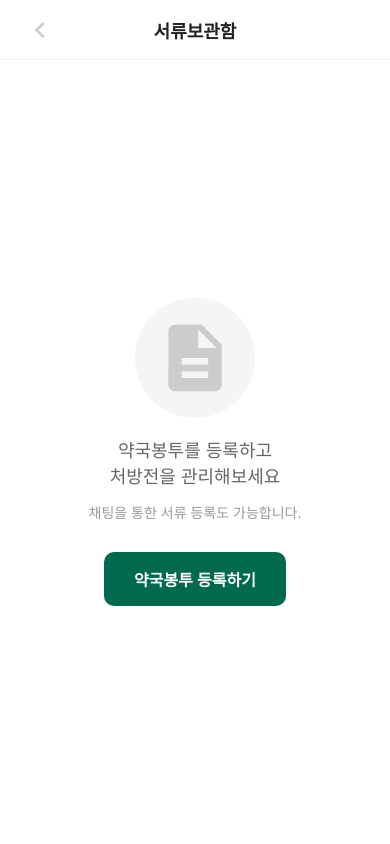
Repository: Sesac-icare/FrontEndiCare
Screen: /DocumentStorage (app in iCare/)
The author's editor kept a copy of each file at every save. The screen is drawn from the files as they stood at one save, then again after the next save.
The app was drawn by React Native's web renderer in a window 390 px wide. The project was rebuilt for these pictures with package versions that can differ from the ones it lists, and the page was loaded fresh each time. Some packages were replaced by stand-ins written for this rebuild. Also part of the build but not shown: iCare/components/Header.js, iCare/components/Contents.js, iCare/components/HospitalList.js, iCare/components/PharmacyList.js, iCare/components/MyPage.js, iCare/components/auth/SignUp.js.

Above is the screen before, as saved 2025-02-06 13:35:11.

### iCare/index.js
import { registerRootComponent } from "expo";

import App from "./App";

// registerRootComponent calls AppRegistry.registerComponent('main', () => App);
// It also ensures that whether you load the app in Expo Go or in a native build,
// the environment is set up appropriately
registerRootComponent(App);

// import { AppRegistry } from "react-native";
// import App from "./src/App";
// import { iCare } from "./app.json";

// import appConfig from "./app.json";

// const appName = appConfig.expo.name;

// AppRegistry.registerComponent(appName, () => App);

### iCare/App.js
import React, { useState, useEffect } from "react";
import { NavigationContainer } from "@react-navigation/native";
import { createNativeStackNavigator } from "@react-navigation/native-stack";
import { createBottomTabNavigator } from "@react-navigation/bottom-tabs";
import { View, StyleSheet, SafeAreaView, Text } from "react-native";
import { MaterialIcons } from "@expo/vector-icons";
import Header from "./components/Header";
import Contents from "./components/Contents";
import Splash from "./components/Splash";
import HospitalList from "./components/HospitalList";
import PharmacyList from "./components/PharmacyList";
import MyPage from "./components/MyPage";
import Login from "./components/auth/Login";
import SignUp from "./components/auth/SignUp";
import DocumentStorage from "./components/DocumentStorage";

const Stack = createNativeStackNavigator();
const Tab = createBottomTabNavigator();

// 임시 채팅, 마이페이지 컴포넌트
const ChatScreen = () => (
  <SafeAreaView style={styles.safe}>
    <View style={styles.container}>
      <Header />
      <View style={styles.center}>
        <Text>채팅 화면</Text>
      </View>
    </View>
  </SafeAreaView>
);

const HomeScreen = () => {
  return (
    <SafeAreaView style={styles.safe}>
      <View style={styles.container}>
        <Header />
        <Contents />
      </View>
    </SafeAreaView>
  );
};

// 탭 네비게이터
function TabNavigator() {
  return (
    <Tab.Navigator
      screenOptions={{
        headerShown: false,
        tabBarStyle: {
          height: 60,
          borderTopWidth: 1,
          borderTopColor: "#f0f0f0",
          paddingBottom: 20,
          paddingTop: 10,
          height: 80
        },
        tabBarActiveTintColor: "#016a4c",
        tabBarInactiveTintColor: "#CCCCCC",
        tabBarLabelStyle: {
          paddingBottom: 8,
          fontSize: 12,
          fontWeight: "500",
          marginTop: -4
        },
        tabBarIconStyle: {
          marginTop: -4
        }
      }}
    >
      <Tab.Screen
        name="홈"
        component={HomeScreen}
        options={{
          tabBarIcon: ({ color }) => (
            <MaterialIcons name="home" size={28} color={color} />
          )
        }}
      />
      <Tab.Screen
        name="채팅"
        component={ChatScreen}
        options={{
          tabBarIcon: ({ color }) => (
            <MaterialIcons name="forum" size={28} color={color} />
          )
        }}
      />
      <Tab.Screen
        name="마이페이지"
        component={MyPage}
        options={{
          tabBarIcon: ({ color }) => (
            <MaterialIcons name="person" size={28} color={color} />
          )
        }}
      />
    </Tab.Navigator>
  );
}

const App = () => {
  const [isLoading, setIsLoading] = useState(true);

  useEffect(() => {
    // 3초 후에 스플래시 화면 숨기기
    const timer = setTimeout(() => {
      setIsLoading(false);
    }, 3000);

    return () => clearTimeout(timer);
  }, []);

  if (isLoading) {
    return <Splash />;
  }

  return (
    <NavigationContainer>
      <Stack.Navigator screenOptions={{ headerShown: false }}>
        <Stack.Screen name="Login" component={Login} />
        <Stack.Screen name="SignUp" component={SignUp} />
        <Stack.Screen name="MainTabs" component={TabNavigator} />
        <Stack.Screen name="HospitalList" component={HospitalList} />
        <Stack.Screen name="PharmacyList" component={PharmacyList} />
        <Stack.Screen name="DocumentStorage" component={DocumentStorage} />
      </Stack.Navigator>
    </NavigationContainer>
  );
};

const styles = StyleSheet.create({
  safe: {
    flex: 1,
    backgroundColor: "#ffffff"
  },
  container: {
    flex: 1,
    backgroundColor: "#ffffff"
  },
  center: {
    flex: 1,
    justifyContent: "center",
    alignItems: "center"
  },
  button: {
    backgroundColor: "#f0f0f0",
    padding: 14,
    borderRadius: 9,
    marginBottom: 9,
    alignItems: "center"
  },
  buttonText: {
    fontSize: 18,
    color: "green",
    fontFamily: "NotoSansKR"
  }
});

export default App;

### iCare/components/Splash.js
import React from "react";
import { View, Text, StyleSheet, Image, Dimensions } from "react-native";

const { height } = Dimensions.get("window");

export default function Splash() {
  return (
    <View style={styles.container}>
      <View style={styles.logoContainer}>
        <Image
          source={require("../assets/iCareLogo.jpg")}
          style={styles.logo}
          resizeMode="contain"
        />
      </View>
      <View style={styles.footer}>
        <Text style={styles.title}>iCare</Text>
        <Text style={styles.subtitle}>
          아이를 위한 24시간 병원 및 약국 찾기
        </Text>
      </View>
    </View>
  );
}

const styles = StyleSheet.create({
  container: {
    flex: 1,
    backgroundColor: "#016a4c",
    justifyContent: "center"
  },
  logoContainer: {
    position: "absolute",
    top: "40%",
    left: 0,
    right: 0,
    alignItems: "center"
  },
  logo: {
    width: 200,
    height: 200
  },
  footer: {
    position: "absolute",
    bottom: 80,
    left: 0,
    right: 0,
    alignItems: "center"
  },
  title: {
    fontSize: 36,
    color: "#12b67a",
    marginBottom: 8,
    fontFamily: "NotoSansKR",
    fontWeight: "bold"
  },
  subtitle: {
    fontSize: 18,
    color: "white",
    opacity: 0.8,
    fontFamily: "NotoSansKR",
    fontWeight: "400"
  }
});

### iCare/components/auth/Login.js
import React, { useState } from "react";
import {
  View,
  Text,
  StyleSheet,
  TouchableOpacity,
  SafeAreaView,
  Image,
  TextInput,
  KeyboardAvoidingView,
  Platform,
  ScrollView
} from "react-native";
import { MaterialIcons } from "@expo/vector-icons";
import { useNavigation } from "@react-navigation/native";

export default function Login() {
  const navigation = useNavigation();
  const [email, setEmail] = useState("");
  const [password, setPassword] = useState("");

  // 버튼 활성화 여부를 확인하는 함수
  const isLoginButtonEnabled = email.trim() !== "" && password.trim() !== "";

  const handleLogin = () => {
    if (!isLoginButtonEnabled) return;

    // 테스트를 위해 API 호출 없이 바로 메인 화면으로 이동
    navigation.navigate("MainTabs");

    /* 실제 API 연동 코드는 주석 처리
    fetch('api/users/login', {
      method: 'POST',
      headers: {
        'Content-Type': 'application/json',
      },
      body: JSON.stringify({
        email,
        password
      })
    })
    .then(response => response.json())
    .then(data => {
      if (data.token) {
        navigation.navigate("MainTabs");
      }
    })
    .catch(error => {
      if (error.response?.status === 400) {
        alert("이메일 또는 비밀번호가 올바르지 않습니다.");
      }
    });
    */
  };

  return (
    <SafeAreaView style={styles.safe}>
      <KeyboardAvoidingView
        behavior={Platform.OS === "ios" ? "padding" : "height"}
        style={styles.container}
      >
        <View style={styles.content}>
          <View style={styles.logoContainer}>
            <Image
              source={require("../../assets/HeaderGreenLogo.png")}
              style={styles.logo}
              resizeMode="contain"
            />
          </View>

          <View style={styles.inputSection}>
            <Text style={styles.label}>이메일</Text>
            <TextInput
              style={styles.input}
              placeholder="이메일을 입력해주세요"
              placeholderTextColor="#999"
              value={email}
              onChangeText={setEmail}
              autoCapitalize="none"
              keyboardType="email-address"
            />
          </View>

          <View style={styles.inputSection}>
            <Text style={styles.label}>비밀번호</Text>
            <TextInput
              style={styles.input}
              placeholder="비밀번호를 입력해주세요"
              placeholderTextColor="#999"
              secureTextEntry
              value={password}
              onChangeText={setPassword}
            />
          </View>
        </View>

        <View style={styles.buttonWrapper}>
          <TouchableOpacity
            style={[
              styles.loginButton,
              !isLoginButtonEnabled && styles.loginButtonDisabled
            ]}
            onPress={handleLogin}
            disabled={!isLoginButtonEnabled}
          >
            <Text
              style={[
                styles.loginButtonText,
                !isLoginButtonEnabled && styles.loginButtonTextDisabled
              ]}
            >
              로그인
            </Text>
          </TouchableOpacity>

          <TouchableOpacity
            style={styles.button}
            onPress={() => navigation.navigate("SignUp")}
          >
            <Text style={styles.buttonText}>회원가입</Text>
          </TouchableOpacity>
        </View>
      </KeyboardAvoidingView>
    </SafeAreaView>
  );
}

const styles = StyleSheet.create({
  safe: {
    flex: 1,
    backgroundColor: "#fff"
  },
  container: {
    flex: 1,
    backgroundColor: "#fff"
  },
  content: {
    flex: 1,
    padding: 24,
    justifyContent: "center"
  },
  logoContainer: {
    alignItems: "center",
    marginBottom: 60
  },
  logo: {
    width: 80,
    height: 80
  },
  inputSection: {
    marginBottom: 20
  },
  label: {
    fontSize: 14,
    color: "#222",
    marginBottom: 8,
    fontWeight: "500"
  },
  input: {
    borderWidth: 1,
    borderColor: "#E8E8E8",
    borderRadius: 8,
    padding: 12,
    fontSize: 14,
    color: "#222222"
  },
  buttonWrapper: {
    padding: 24,
    paddingBottom: Platform.OS === "ios" ? 34 : 24
  },
  loginButton: {
    backgroundColor: "#016A4C",
    paddingVertical: 15,
    borderRadius: 10,
    alignItems: "center",
    marginBottom: 12
  },
  loginButtonDisabled: {
    backgroundColor: "#CCCCCC"
  },
  loginButtonText: {
    color: "#fff",

    fontSize: 16,
    fontWeight: "600"
  },
  loginButtonTextDisabled: {
    color: "#999999"
  },
  button: {
    backgroundColor: "#fff",
    paddingVertical: 15,
    borderRadius: 10,
    alignItems: "center",
    borderWidth: 1,
    borderColor: "#016A4C"
  },
  buttonText: {
    fontSize: 16,
    color: "#016A4C",
    fontWeight: "600"
  }
});

### iCare/components/DocumentStorage.js
import React from "react";
import {
  View,
  Text,
  StyleSheet,
  SafeAreaView,
  TouchableOpacity,
  Image
} from "react-native";
import { MaterialIcons } from "@expo/vector-icons";
import { useNavigation } from "@react-navigation/native";

export default function DocumentStorage() {
  const navigation = useNavigation();
  const totalDocuments = 0; // 문서 개수를 관리할 상태 추가

  return (
    <SafeAreaView style={styles.safe}>
      <View style={styles.container}>
        <View style={styles.header}>
          <TouchableOpacity
            style={styles.backButton}
            onPress={() => navigation.goBack()}
          >
            <MaterialIcons name="chevron-left" size={32} color="#CCCCCC" />
          </TouchableOpacity>
          <Text style={styles.headerTitle}>서류보관함</Text>
        </View>

        <View style={styles.content}>
          <View style={styles.emptyContainer}>
            <View style={styles.iconContainer}>
              <MaterialIcons name="description" size={80} color="#CCCCCC" />
            </View>
            <Text style={styles.emptyText}>
              약국봉투를 등록하고{"\n"}
              처방전을 관리해보세요
            </Text>
            <Text style={styles.subText}>
              채팅을 통한 서류 등록도 가능합니다.
            </Text>
            <TouchableOpacity style={styles.addButton}>
              <Text style={styles.addButtonText}>약국봉투 등록하기</Text>
            </TouchableOpacity>
          </View>
        </View>
      </View>
    </SafeAreaView>
  );
}

const styles = StyleSheet.create({
  safe: {
    flex: 1,
    backgroundColor: "#fff"
  },
  container: {
    flex: 1,
    backgroundColor: "#fff"
  },
  header: {
    flexDirection: "row",
    alignItems: "center",
    backgroundColor: "#fff",
    position: "relative",
    borderBottomWidth: 1,
    borderBottomColor: "#f0f0f0",
    height: 60,
    paddingVertical: 10
  },
  backButton: {
    padding: 4,
    position: "absolute",
    left: 20,
    zIndex: 1
  },
  headerTitle: {
    flex: 1,
    textAlign: "center",
    fontSize: 18,
    fontWeight: "bold",
    color: "#222",
    paddingHorizontal: 40
  },
  content: {
    flex: 1,
    justifyContent: "center",
    alignItems: "center",
    padding: 20
  },
  emptyContainer: {
    alignItems: "center"
  },
  iconContainer: {
    width: 120,
    height: 120,
    backgroundColor: "#f5f5f5",
    borderRadius: 60,
    justifyContent: "center",
    alignItems: "center",
    marginBottom: 20
  },
  emptyText: {
    fontSize: 18,
    color: "#666",
    textAlign: "center",
    lineHeight: 26,
    marginBottom: 12
  },
  subText: {
    fontSize: 14,
    color: "#999",
    textAlign: "center",
    marginBottom: 30
  },
  addButton: {
    backgroundColor: "#016A4C",
    paddingVertical: 15,
    paddingHorizontal: 30,
    borderRadius: 10
  },
  addButtonText: {
    color: "#fff",
    fontSize: 16,
    fontWeight: "600"
  }
});

After the next save:
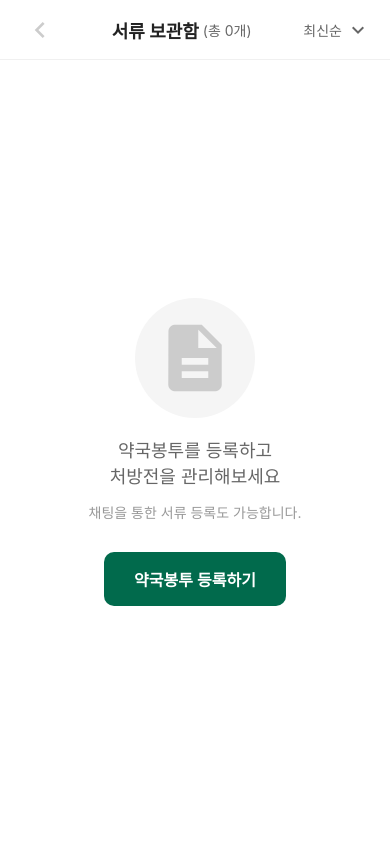
Saved 57 s later.
--- a/iCare/components/DocumentStorage.js
+++ b/iCare/components/DocumentStorage.js
@@ -24,7 +24,14 @@ export default function DocumentStorage() {
           >
             <MaterialIcons name="chevron-left" size={32} color="#CCCCCC" />
           </TouchableOpacity>
-          <Text style={styles.headerTitle}>서류보관함</Text>
+          <View style={styles.titleContainer}>
+            <Text style={styles.headerTitle}>서류 보관함</Text>
+            <Text style={styles.documentCount}>(총 {totalDocuments}개)</Text>
+          </View>
+          <TouchableOpacity style={styles.filterButton}>
+            <Text style={styles.filterText}>최신순</Text>
+            <MaterialIcons name="keyboard-arrow-down" size={24} color="#666666" />
+          </TouchableOpacity>
         </View>
 
         <View style={styles.content}>
@@ -61,26 +68,40 @@ const styles = StyleSheet.create({
   header: {
     flexDirection: "row",
     alignItems: "center",
+    justifyContent: "space-between",
     backgroundColor: "#fff",
-    position: "relative",
     borderBottomWidth: 1,
     borderBottomColor: "#f0f0f0",
     height: 60,
-    paddingVertical: 10
+    paddingHorizontal: 20
   },
   backButton: {
-    padding: 4,
-    position: "absolute",
-    left: 20,
-    zIndex: 1
+    padding: 4
+  },
+  titleContainer: {
+    flexDirection: "row",
+    alignItems: "center",
+    flex: 1,
+    justifyContent: "center"
   },
   headerTitle: {
-    flex: 1,
-    textAlign: "center",
     fontSize: 18,
     fontWeight: "bold",
-    color: "#222",
-    paddingHorizontal: 40
+    color: "#222"
+  },
+  documentCount: {
+    fontSize: 14,
+    color: "#666",
+    marginLeft: 4
+  },
+  filterButton: {
+    flexDirection: "row",
+    alignItems: "center"
+  },
+  filterText: {
+    fontSize: 14,
+    color: "#666",
+    marginRight: 4
   },
   content: {
     flex: 1,
